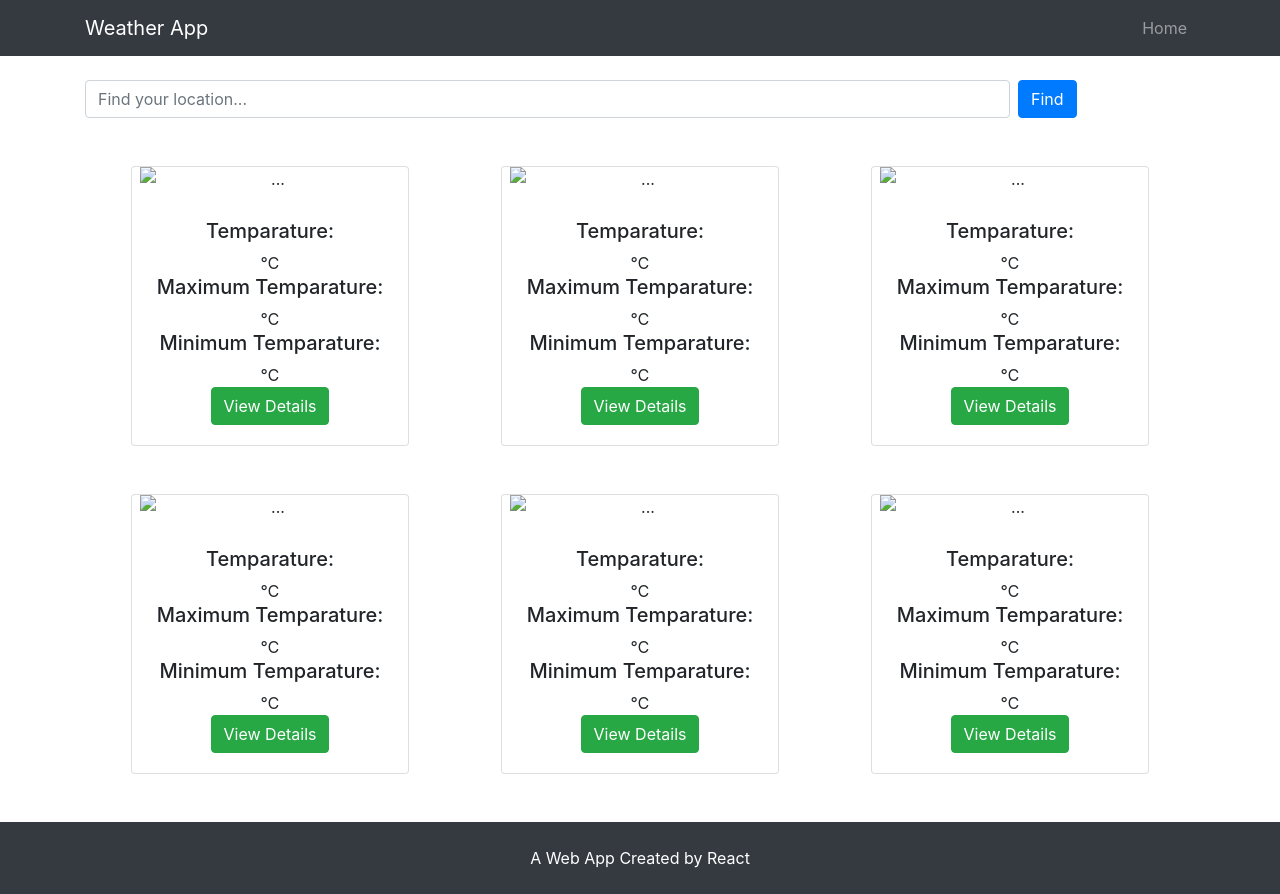
Repository: smk87/weather-app-react
Page: /
An editor plug-in stored every save of this project. The page is shown before and after the next save, followed by the edit.
The browser window is 1280 px wide. The pictures show the whole page.
The page's requests for data from a server got no answer. Some web libraries are served in a nearby version. The project was rebuilt for these pictures with package versions that can differ from the ones it lists, and the page was loaded fresh each time. A package was used in the major version that the imports need, not the one package.json lists. No one was signed in, and anything a server would have sent is missing.

Above is the page before, as saved 2019-02-06 19:30:15.

After the next save:
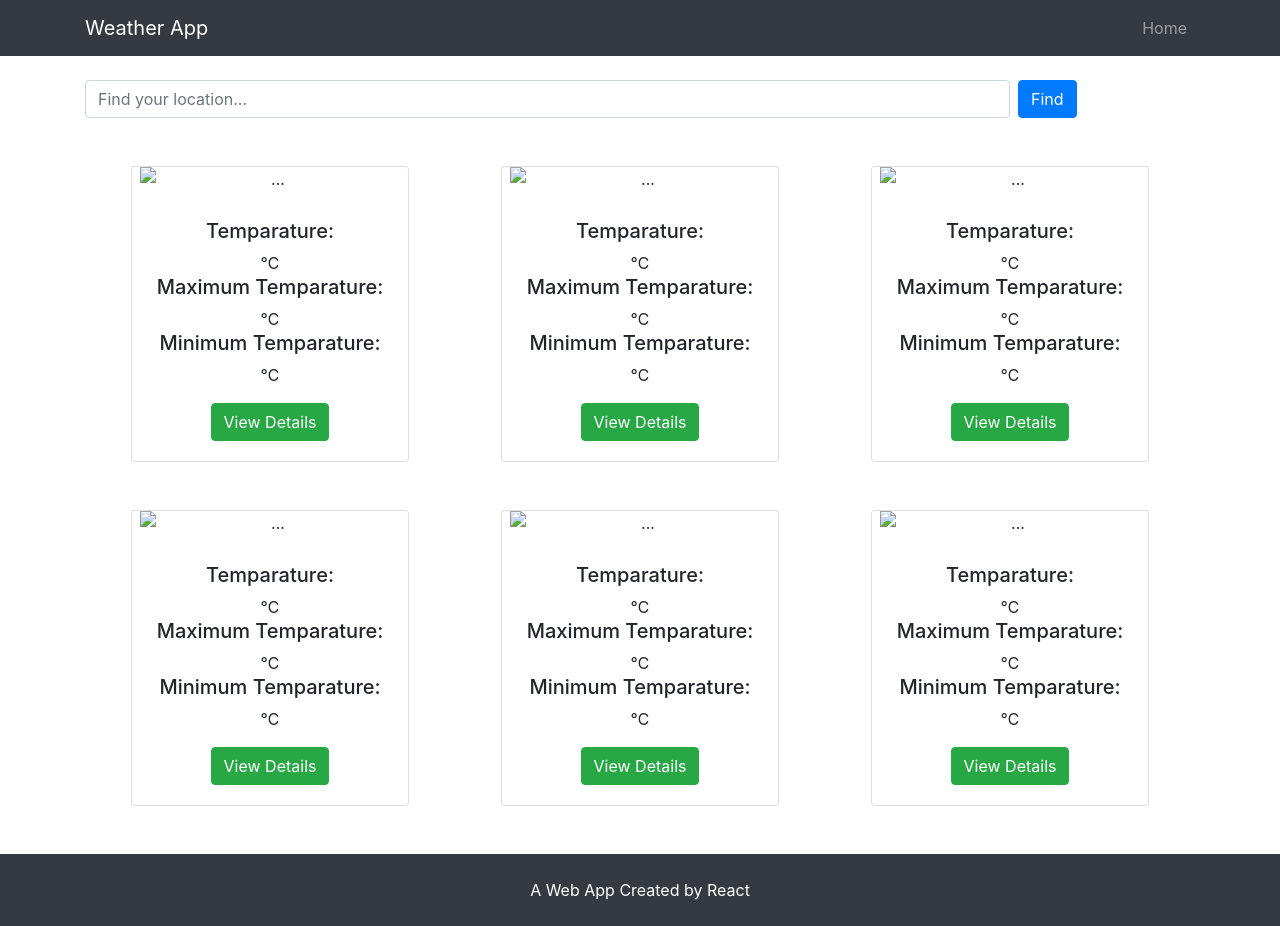
Saved 13 s later.
--- a/src/components/Weather.js
+++ b/src/components/Weather.js
@@ -118,7 +118,7 @@ export default class Weather extends Component {
             {this.state.mintemp}
             <span>&#8451;</span>
           </div>
-          {}
+          <p />
           <Link to={newTo}>
             <button type="button" class="btn btn-success">
               View Details
